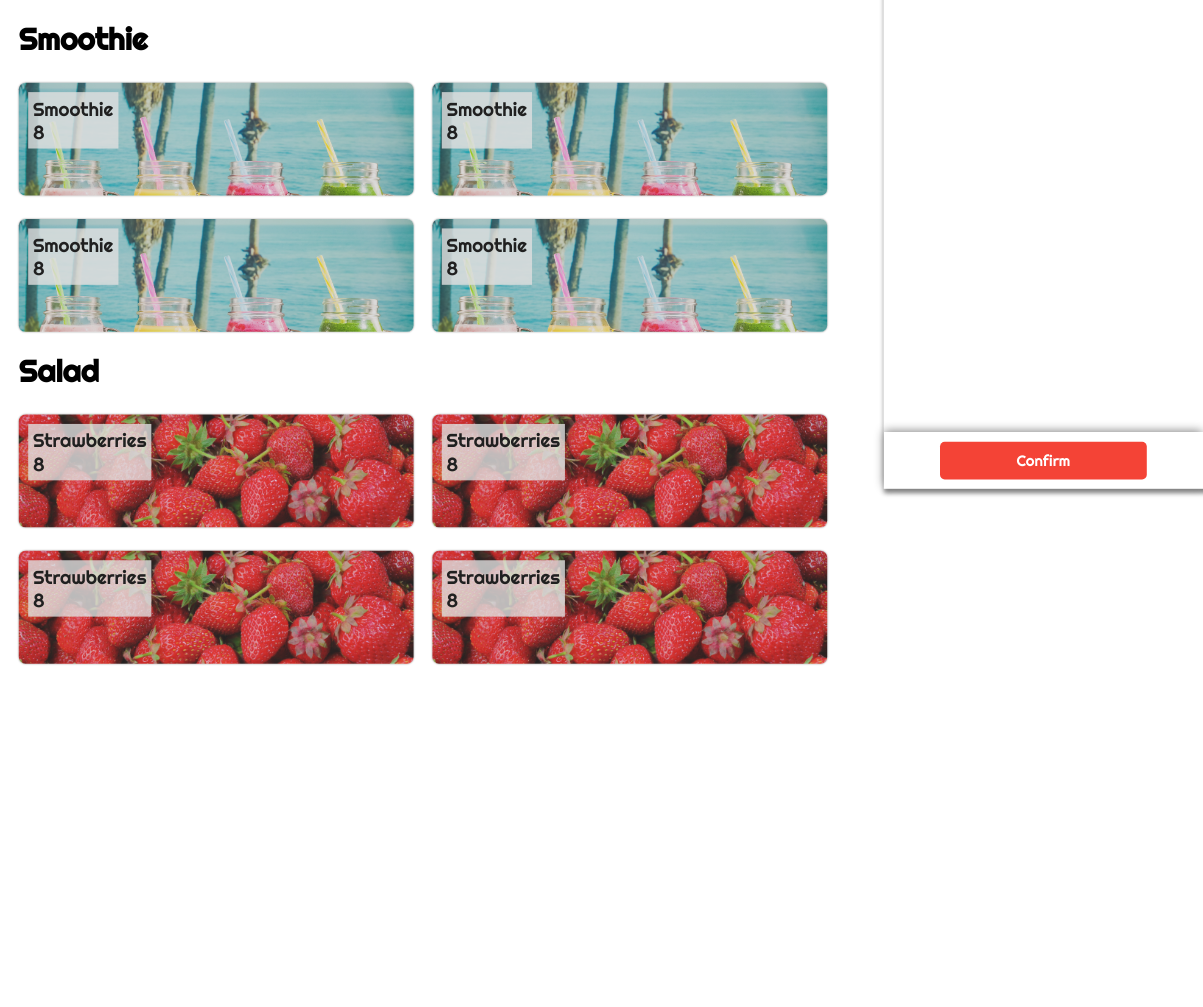
Repository: c0debase/LivingFoods
Page: /
An editor plug-in stored every save of this project. The page is shown before and after a run of saves, followed by the edit.
The browser window is 1280 px wide. The pictures show the part of the page from y = 200 to 1271 px (the page is 1271 px tall), at 94% of full size.
The project was rebuilt for these pictures with package versions that can differ from the ones it lists, and the page was loaded fresh each time. Also part of the build but not shown: src/FoodDialog/FoodDialog.js.

Above is the page before, as saved 2021-09-19 19:30:51.

### public/index.html
<!DOCTYPE html>
<html lang="en">
  <head>
    <meta charset="utf-8" />
    <link rel="icon" href="%PUBLIC_URL%/favicon.ico" />
    <meta name="viewport" content="width=device-width, initial-scale=1" />
    <meta name="theme-color" content="#000000" />
    <meta
      name="description"
      content="Web site created using create-react-app"
    />
    <link rel="apple-touch-icon" href="%PUBLIC_URL%/logo192.png" />

    <link rel="preconnect" href="https://fonts.googleapis.com">
    <link rel="preconnect" href="https://fonts.gstatic.com" crossorigin>
    <link href="https://fonts.googleapis.com/css2?family=Open+Sans|Righteous" rel="stylesheet">

    <!--
      manifest.json provides metadata used when your web app is installed on a
      user's mobile device or desktop. See https://developers.google.com/web/fundamentals/web-app-manifest/
    -->
    <link rel="manifest" href="%PUBLIC_URL%/manifest.json" />
    <!--
      Notice the use of %PUBLIC_URL% in the tags above.
      It will be replaced with the URL of the `public` folder during the build.
      Only files inside the `public` folder can be referenced from the HTML.

      Unlike "/favicon.ico" or "favicon.ico", "%PUBLIC_URL%/favicon.ico" will
      work correctly both with client-side routing and a non-root public URL.
      Learn how to configure a non-root public URL by running `npm run build`.
    -->
    <title>React App</title>
  </head>
  <body>
    <noscript>You need to enable JavaScript to run this app.</noscript>
    <div id="root"></div>
    <!--
      This HTML file is a template.
      If you open it directly in the browser, you will see an empty page.

      You can add webfonts, meta tags, or analytics to this file.
      The build step will place the bundled scripts into the <body> tag.

      To begin the development, run `npm start` or `yarn start`.
      To create a production bundle, use `npm run build` or `yarn build`.
    -->
  </body>
</html>

### src/App.js
import React, {useState} from 'react';
import { createGlobalStyle } from 'styled-components';
import { Navbar } from "./Navbar/Navbar";
import {Banner} from './Banner/Banner';
import {Menu} from './Menu/Menu';
import {GlobalStyle} from './Styles/GlobalStyle'
import {FoodDialog} from './FoodDialog/FoodDialog';
import {Order} from './Order/Order';
import {useOpenFood} from './Hooks/useOpenFood';
import {useOrders} from './Hooks/useOrders';

function App() {

  const openFood = useOpenFood();
  const orders = useOrders();

  return (
    <>
      <GlobalStyle />
      <FoodDialog {...openFood} {...orders} />
      <Navbar />
      <Order {...orders}/>
      <Banner />
      <Menu {...openFood} />
    </>
  );
}

export default App;

### src/Navbar/Navbar.js
import React from 'react';
import styled from 'styled-components';
import {pizzaRed} from '../Styles/colors';
import {Title} from '../Styles/title';


export const NavbarStyled = styled.div`
  background-color: ${pizzaRed};
  padding: 10px;
  position: fixed;
  width: 100%;
  z-index: 999;
`

const Logo = styled(Title)`
  font-size: 20px;
  color: white;
  text-shadow: 1px 1px 4px #380502;
`;

export function Navbar(){
  return (
  <NavbarStyled>
    <Logo>Juggly Juice <span role="img" aria-label="smoothie">🥤</span></Logo>
  </NavbarStyled>
  )
}

### src/Banner/Banner.js
import styled from 'styled-components';

export const Banner = styled.div`
  height: 200px;
  background-image: url("img/bowl-hand.jpg");
  background-position: center;
  background-size: cover;
  filter: contrast(75%);
`;

### src/Menu/Menu.js
import React from 'react';
import styled from 'styled-components';
import {foods, formatPrice} from '../Data/FoodData';

import {Food, FoodGrid, FoodLabel} from '../Menu/FoodGrid'

const MenuStyled = styled.div`
  height: 1000px;
  margin: 0px 400px 50px 20px;
`;

export function Menu({setOpenFood}) {
  return (
  <MenuStyled>
    {Object.entries(foods).map(([sectionName, foods]) => (
      <>
        <h1>{sectionName}</h1>
        <FoodGrid>
          {foods.map(food => (
            <Food
              img={food.img}
              onClick={() => {
                setOpenFood(food)
            }}
            >
              <FoodLabel>
                <div>{food.name}</div>
                <div>{food.price}</div>
              </FoodLabel>
            </Food>
          ))}
        </FoodGrid>
      </>
    ))}
  </MenuStyled>
  );
}

### src/Styles/GlobalStyle.js
import { createGlobalStyle} from 'styled-components';

export const GlobalStyle = createGlobalStyle`
  body {
    font-family: 'Open Sans', sans-serif;
    margin: 0;
  }

  h1, h2, h3 {
    font-family: 'Righteous', cursive;
  }
`

### src/Order/Order.js
import React from 'react';
import styled from 'styled-components';
import {
  DialogFooter,
  DialogContent,
  ConfirmButton
} from '../FoodDialog/FoodDialog';

const OrderStyled = styled.div`
  position: fixed;
  right: 0px;
  top: 48px;
  width: 340px;
  background-color: white;
  height: calc(100% - 48px);
  box-shadow: 4px 0px 5px 4px grey;
  z-index: 10;
  display: flex;
  flex-direction: column;
`;

const OrderContent = styled(DialogContent)`
  padding: 20px;
  height: 100%;
`;

const OrderContainer = styled.div`
  padding: 10px 0px;
  border-bottom: 1px solid grey;
`;

const OrderItem = styled.div`

`;

export function Order({orders}) {
  return (
    <OrderStyled>
    {orders.length === 0 ? (
      <OrderContent>
        Your order like your stomach is pretty empty
      </OrderContent>
    ) : (
      <OrderContent>
      {" "}
        <OrderContainer> Your Order: </OrderContainer>{" "}
          {orders.map(order => (
            <OrderContainer>
              <OrderItem>{order.name}</OrderItem>
            </OrderContainer>
          ))}
      </OrderContent>
    )}

      <DialogFooter>
        <ConfirmButton>Confirm</ConfirmButton>
      </DialogFooter>
    </OrderStyled>
  )
}

### src/Hooks/useOpenFood.js
import {useState} from 'react';


export function useOpenFood() {
  const [openFood, setOpenFood] = useState();
  return {
    openFood,
    setOpenFood
  }
}

### src/Hooks/useOrders.js
import {useState} from 'react';

export function useOrders() {
  const [orders, setOrders] = useState([]);
  return {
    orders,
    setOrders
  }
}

### src/Styles/colors.js
export const pizzaRed = "#f44336";

### src/Styles/title.js
import styled from 'styled-components';

export const Title = styled.div`
  font-family: 'Righteous', cursive;
`;

### src/Data/FoodData.js
export function formatPrice(price) {
  return price.toLocaleString('en-US', {
    style: 'currency',
    currencyType: 'USD'
  })
}

export const foodItems = [
  {
    name: 'Smoothie',
    img: '/img/smoothies.jpg',
    section: 'Smoothie',
    price: 8
  },
  {
    name: 'Strawberries',
    img: '/img/strawberries.jpg',
    section: 'Salad',
    price: 8
  },
  {
    name: 'Smoothie',
    img: '/img/smoothies.jpg',
    section: 'Smoothie',
    price: 8
  },
  {
    name: 'Strawberries',
    img: '/img/strawberries.jpg',
    section: 'Salad',
    price: 8
  },
  {
    name: 'Smoothie',
    img: '/img/smoothies.jpg',
    section: 'Smoothie',
    price: 8
  },
  {
    name: 'Strawberries',
    img: '/img/strawberries.jpg',
    section: 'Salad',
    price: 8
  },
  {
    name: 'Smoothie',
    img: '/img/smoothies.jpg',
    section: 'Smoothie',
    price: 8
  },
  {
    name: 'Strawberries',
    img: '/img/strawberries.jpg',
    section: 'Salad',
    price: 8
  },

];

export const foods = foodItems.reduce((res, food) => {
  if (!res[food.section]){
    res[food.section] = [];
  }
  res[food.section].push(food);
  return res;
}, {})

### src/Menu/FoodGrid.js
import styled from 'styled-components';
import {Title} from '../Styles/title';

export const FoodGrid = styled.div`
  display: grid;
  grid-template-columns: 1fr 1fr;
  gap: 20px;
`;

export const FoodLabel = styled(Title)`
  position: absolute;
  background-color: rgba(256,256,256, .8);
  padding: 5px;
`;

export const Food = styled.div`
  height: 100px;
  padding: 10px;
  font-size: 20px;
  background-image: ${({img}) => `url(${img});`};
  background-position: center;
  background-size: cover;
  filter: contrast(75%);
  border-radius: 7px;
  margin-top: 5px;
  transition-property: box-shadow margin-top filter;
  transition-duration: .1s;
  box-shadow: 0px 0px 2px 0px grey;
  &:hover {
    cursor: pointer;
    filter: contrast(100%);
    margin-top: 0px;
    margin-bottom: 5px;
    box-shadow: 0px 0px 10px 0px grey;
  }
`;

Loaded but not shown: src/index.js (common file); src/reportWebVitals.js (common file)

After the next 3 saves:
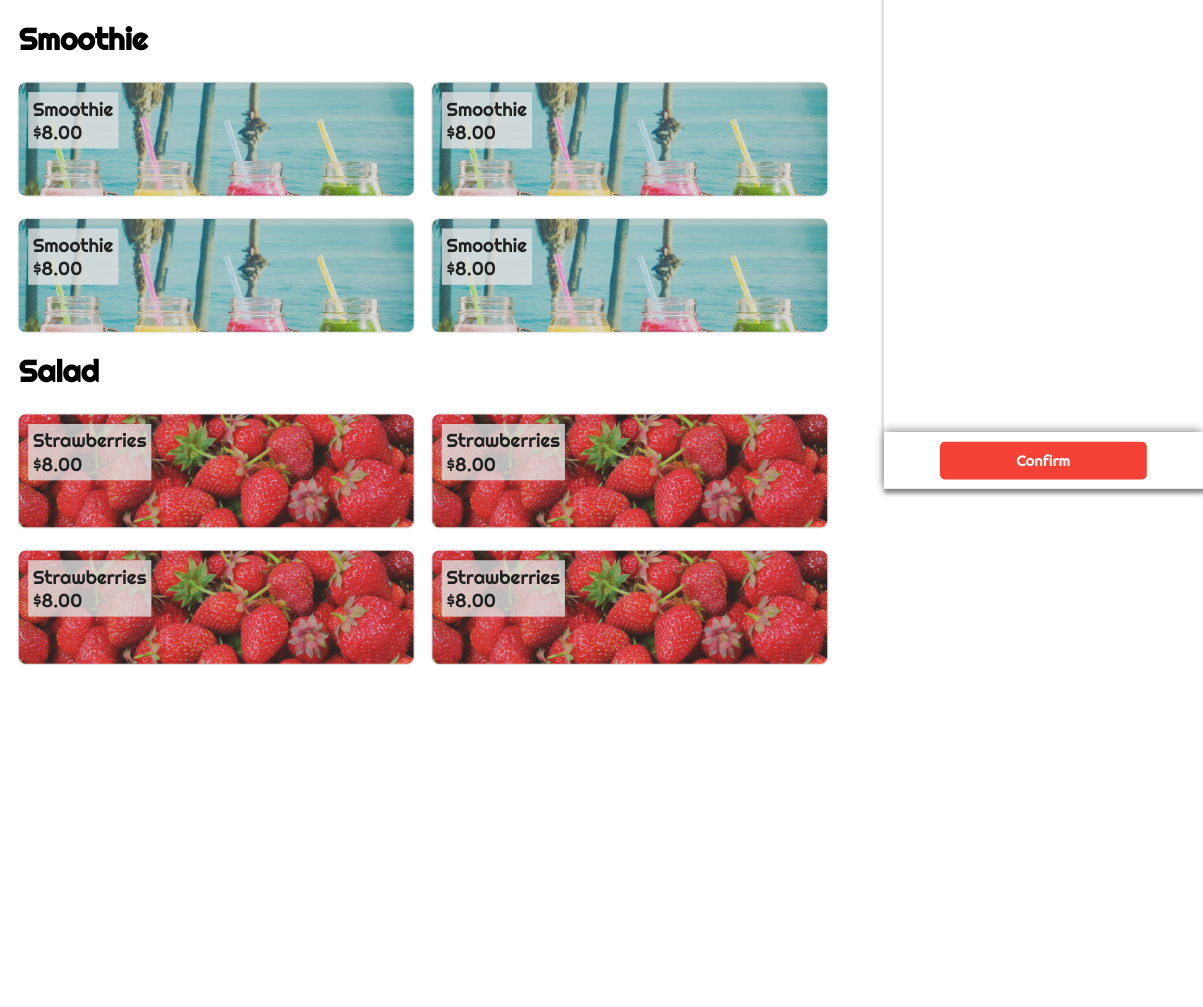
The 3 saves are shown as one change because 2 did not build or start.
The last was saved 95 s later.
--- a/src/Menu/Menu.js
+++ b/src/Menu/Menu.js
@@ -25,7 +25,7 @@ export function Menu({setOpenFood}) {
             >
               <FoodLabel>
                 <div>{food.name}</div>
-                <div>{food.price}</div>
+                <div>{formatPrice(food.price)}</div>
               </FoodLabel>
             </Food>
           ))}
--- a/src/Data/FoodData.js
+++ b/src/Data/FoodData.js
@@ -1,7 +1,7 @@
 export function formatPrice(price) {
   return price.toLocaleString('en-US', {
     style: 'currency',
-    currencyType: 'USD'
+    currency: 'USD'
   })
 }
 
